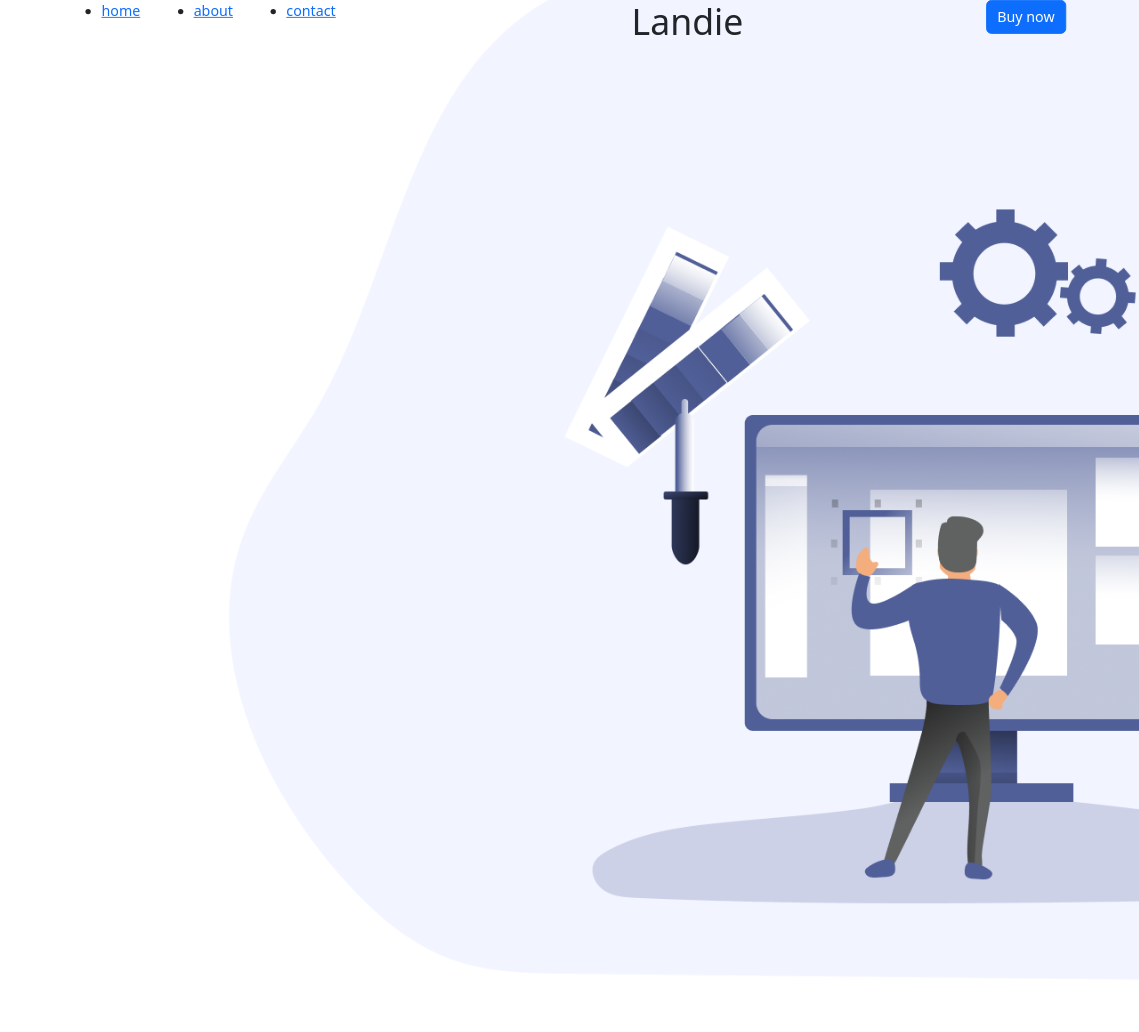
Repository: batonAnton/HW-Lec12-sass-pug
Page: index.html
The author's editor kept a copy of each file at every save. The page is drawn from the files as they stood at one save, then again after a run of saves.
The browser window is 1280 px wide. The pictures show the whole page, at 89% of full size.
The style sheet was rebuilt from its Sass, Less or Tailwind sources for each picture, by a compiler version that may differ from the author's.

Above is the page before, as saved 2022-07-28 15:48:26.

After the next 3 saves:
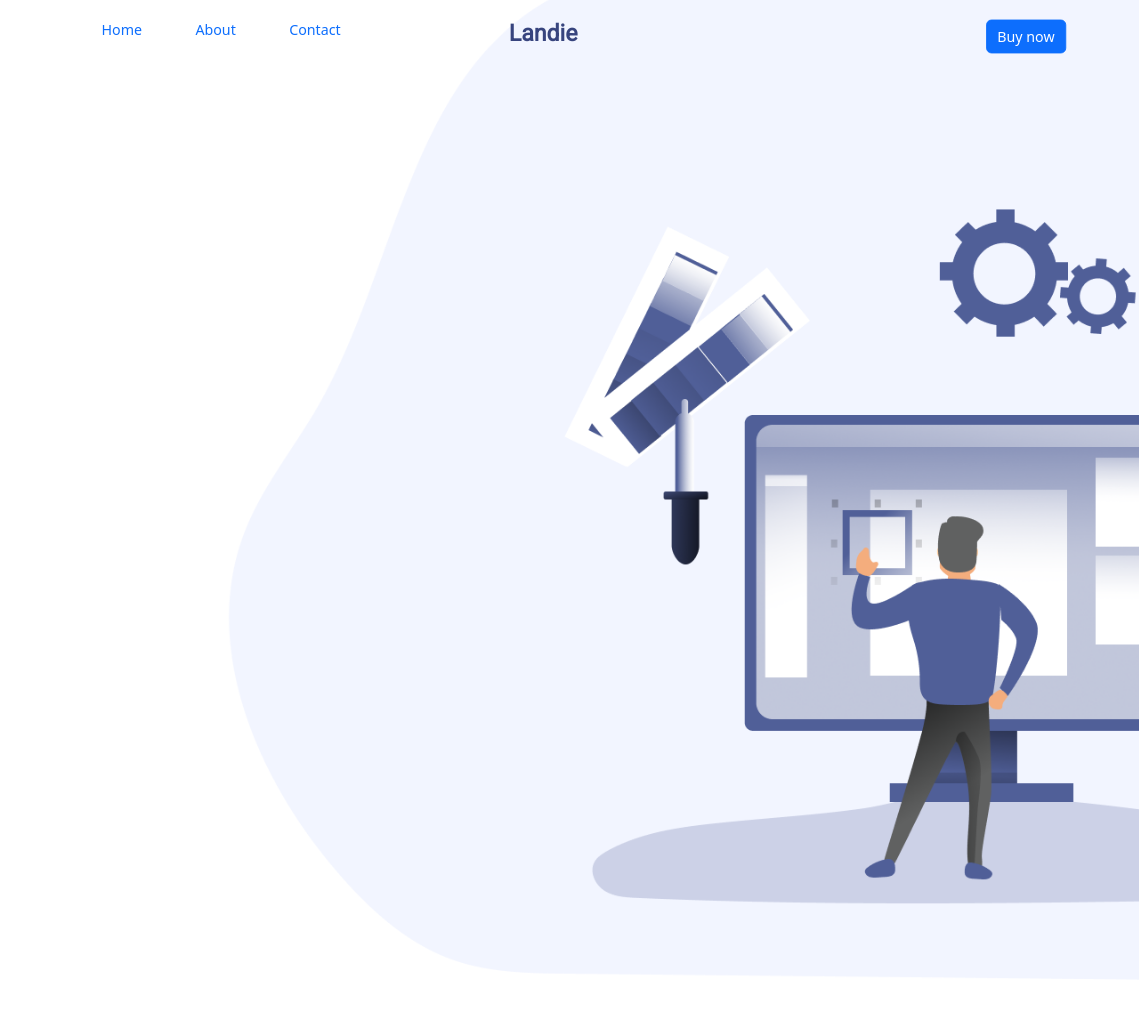
The 3 saves are shown as one change because 2 did not build or start.
The last was saved 22 h 3 min later.
--- a/css/style.scss
+++ b/css/style.scss
@@ -1,7 +1,10 @@
 $primary: #091133;
+$primaryFontStyle:Roboto;
+
 * {
   box-sizing: border-box;
 }
+
 header {
   width: 100%;
   height: 1160px;
@@ -12,17 +15,34 @@ header {
   .navigation {
     display: flex;
     justify-content: space-between;
+    padding-top: 18px;
+    align-items: center;
 
     ul {
       display: inline-flex;
       li {
         margin-right: 60px;
+        list-style: none;
+        a{
+            text-decoration: none;
+            text-transform: capitalize;
+        }
+        }
+
+    }
+    .logo {
+        display: flex;
+        justify-content: center;
+        margin-left: -330px;
+        h1{
+            font-family: $primaryFontStyle;
+            font-style: normal;
+            font-weight: 900;
+            font-size: 26px;
+            line-height: 38px;
+            color: #37447E;
+
+        }
       }
-    }
-  }
-
-  .logo {
-    display: flex;
-    justify-content: center;
   }
 }
